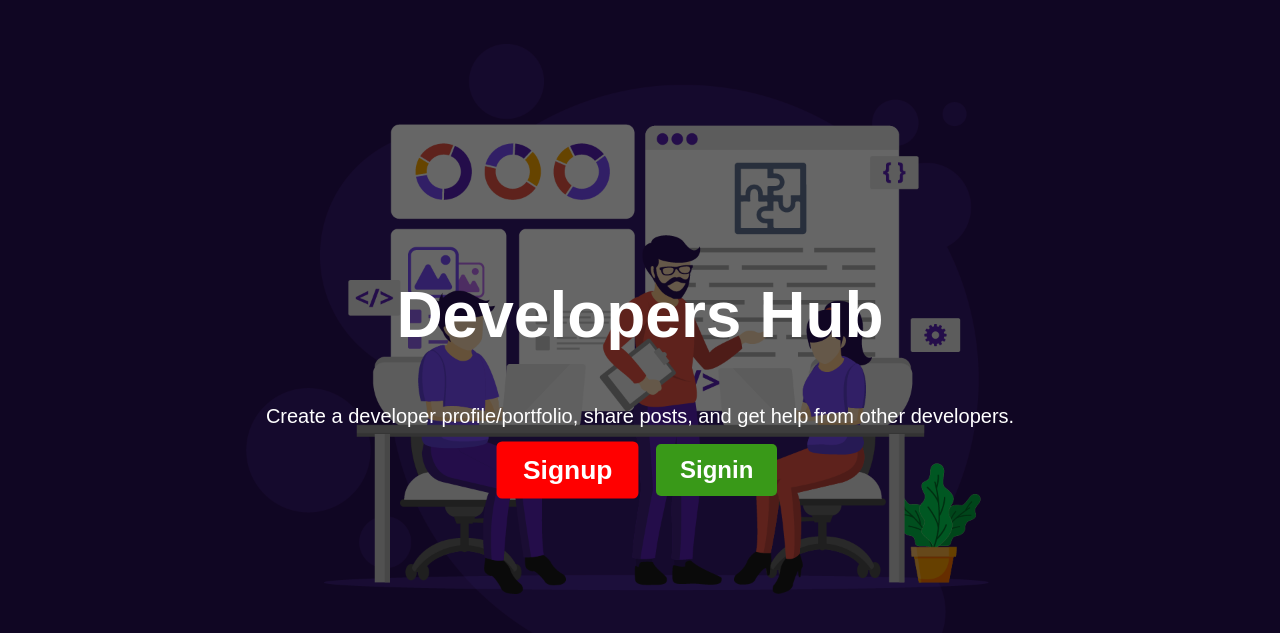
Repository: sayyad-mukthumsa-123/DevMania
Page: / (app in frontend/)
These files come from the project's save history. The page is drawn as it stood at one moment and after the next save; the edit follows.
The browser window is 1280 px wide. The pictures show the whole page.
The pointer rests on the first visible `.btn`.
The project was rebuilt for these pictures with package versions that can differ from the ones it lists, and the page was loaded fresh each time. Also part of the build but not shown: frontend/src/pages/login.js, frontend/src/pages/register.js, frontend/src/pages/Allprofiles.js, frontend/src/pages/MyProfile.js, frontend/src/pages/Indprofile.js.

Above is the page before, as saved 2025-03-01 00:03:16.

After the next save:
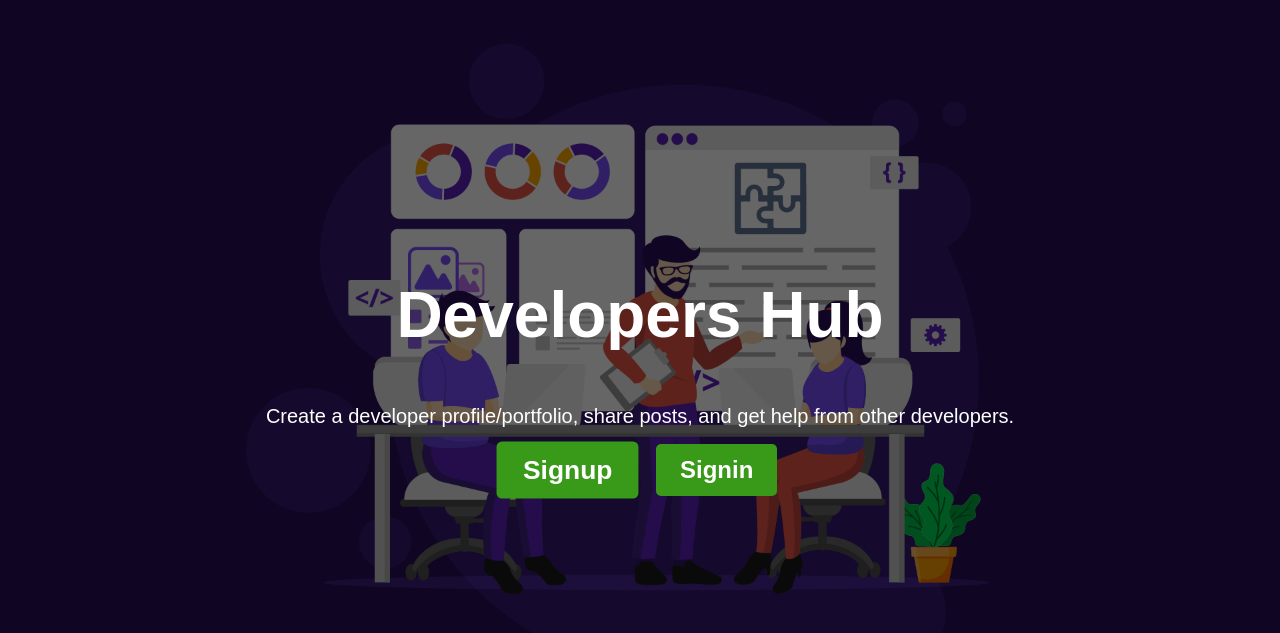
Saved 19 s later.
--- a/frontend/src/styles/styles.css
+++ b/frontend/src/styles/styles.css
@@ -168,7 +168,7 @@ body, html {
 
 .btn:hover,.btn-auth:hover {
   transform: scale(1.1);
-  background-color: red;
+  background-color:#399918;
   transition: all;
 }
 
